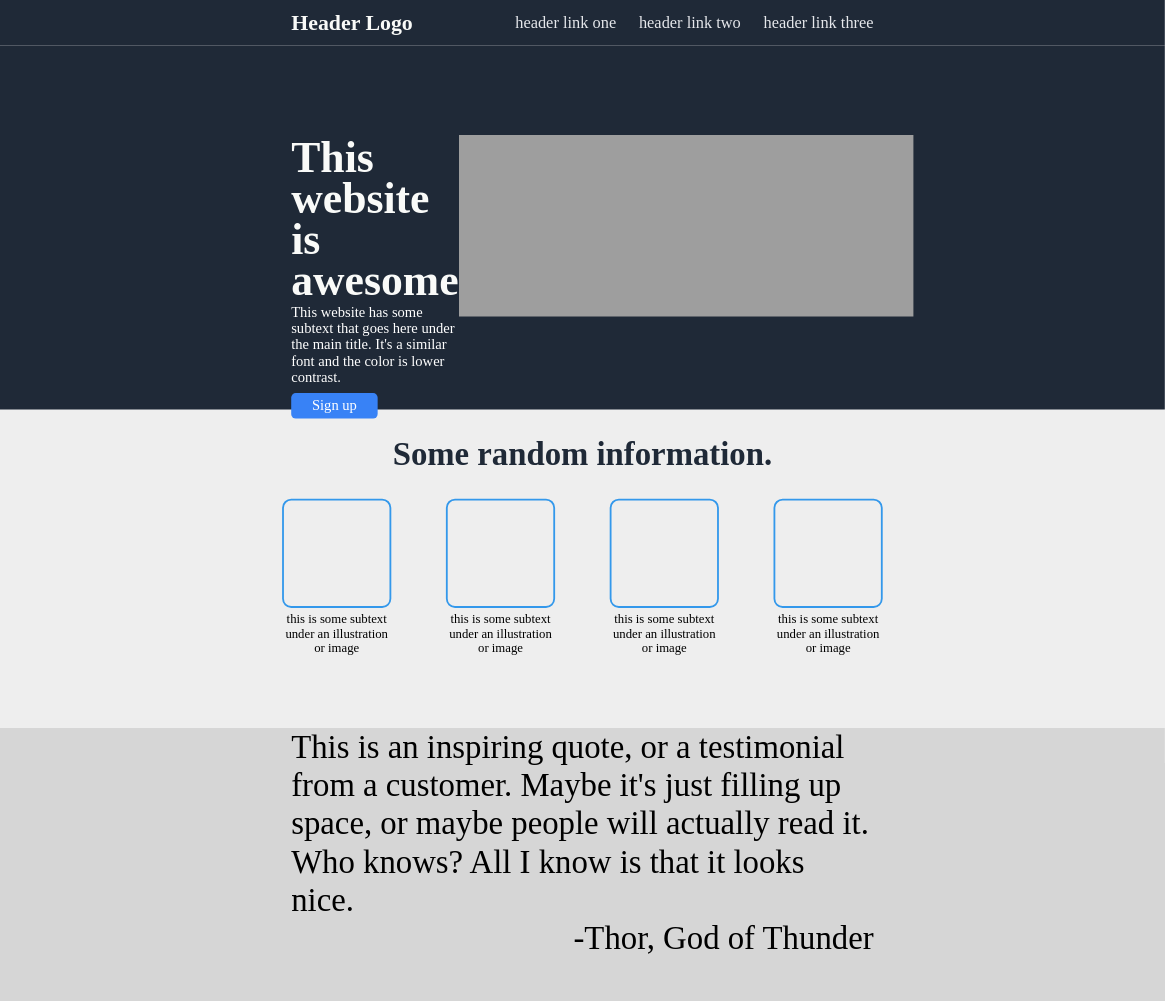
Repository: Pafestivo/Dummy-Landing-Page
Page: index.html
An editor plug-in stored every save of this project. The page is shown before and after the next save, followed by the edit.
The browser window is 1280 px wide. The pictures show the whole page, at 91% of full size.
Pictures or frames that could not be fetched are drawn as grey boxes.

Above is the page before, as saved 2022-09-26 19:18:29.

### index.html
<!DOCTYPE html>
<html lang="en">
<head>
    <meta charset="UTF-8">
    <meta name="viewport" content="width=device-width, initial-scale=1.0">
    <link rel="stylesheet" href="styles.css">
    <title>Landing Page</title>
</head>
<body>
    <header>
        <div class="container">
            <h1>Header Logo</h1>
            <nav>
                <a href="#">header link one</a>
                <a href="#">header link two</a>
                <a href="#">header link three</a>
            </nav>
        </div> <!-- /container-->
    </header>
    <main>
        <section class="first">
            <div class="container">

                <div class="right">
                    <h1>This website is awesome</h1>
                    <p>This website has some subtext that goes here under the main title. It's a similar font and the color is lower contrast.</p>
                    <a href="#">Sign up</a>
                </div> <!-- /right -->

                <div class="left">
                    <img src="images/office.jpg" alt="Office desk photo" />
                </div> <!-- /left -->

            </div> <!-- /container-->
        </section> <!-- /first -->

        <section class="second">
            <div class="container">

                <h1>Some random information.</h1>
                <div class="boxes">
                    <div class="info">
                        <div class="box"></div>
                        <div class="box-info">
                            <p>this is some subtext under an illustration or image</p>
                        </div> <!-- /box-info -->
                    </div> <!-- /info -->

                    <div class="info">
                        <div class="box"></div>
                        <div class="box-info">
                            <p>this is some subtext under an illustration or image</p>
                        </div> <!-- /box-info -->
                    </div> <!-- /info -->

                    <div class="info">
                        <div class="box"></div>
                        <div class="box-info">
                            <p>this is some subtext under an illustration or image</p>
                        </div> <!-- /box-info -->
                    </div> <!-- /info -->

                    <div class="info">
                        <div class="box"></div>
                        <div class="box-info">
                            <p>this is some subtext under an illustration or image</p>
                        </div> <!-- /box-info -->
                    </div> <!-- /info -->

                </div> <!-- /boxes-->
            </div> <!-- /container-->
        </section> <!-- /second -->

        <section class="third">
            <div class="container">
                <p>This is an inspiring quote, or a testimonial from a customer. Maybe it's just filling up space, or maybe people will actually read it. Who knows? All I know is that it looks nice.</p>
                <p class="quote-owner">-Thor, God of Thunder</p>
            </div> <!-- /container-->
        </section> <!-- /third -->

        <section class="fourth">
            <div class="container">

            </div> <!-- /container-->
        </section> <!-- /fourth -->

        <footer>

        </footer>
    </main>
</body>
</html>

### styles.css
* {
  padding: 0;
  margin: 0;
  box-sizing: border-box;
}

body {
  font-family: serif;
  background-color: #eee;
}

.container {
  width: 50vw;
  margin: 0 auto;
}

a {
  text-decoration: none;
  color: inherit;
}

/* header bar */
header {
  display: flex;
  align-items: center;
  background-color: #1F2937;
  color: #fff;
  height: 50px;
}

header h1 {
  font-size: 24px;
  color: #F9FAF8;
}

header .container {
  display: flex;
  justify-content: space-between;
}

header nav {
  display: flex;
  align-items: center;
  gap: 25px;
}

header a {
  font-size: 18px;
  color: #E5E7EB;
}
/* End header bar  */

/* First section  */
.first {
  background-color: #1F2937;
  height: 400px;
  color: #fff;
}

.first .container {
  display: flex;
  align-items: center;
  justify-content: space-between;
  height: 100%;
}

.right {
  display: flex;
  flex-direction: column;
  gap: 4px;
  height: 200px;
  width: 40%;
}

.right h1 {
  font-size: 48px;
  font-weight: extra-bold;
  color: #F9FAF8;
  line-height: 45px;
}

right p {
  font-size: 18px;
  color: #E5E7EB;
}

.first img {
  width: 500px;
  height: 200px;
}

.first a {
  background-color: #3882F6;
  width: 95px;
  padding: 5px;
  border-radius: 5px;
  margin-top: 4px;
  text-align: center;

}
/* End first section  */

/* Second section */
.second {
  height: 350px;
}

.second h1 {
  text-align: center;
  font-size: 36px;
  font-weight: extra-bold;
  color: #1F2937;
  padding: 28px 0 28px 0;
}

.boxes {
  display: flex;
  justify-content: center;
  gap: 60px;
}

.box {
  width: 120px;
  height: 120px;
  border: 2px solid hsl(207, 82%, 56%);
  border-radius: 10px;
}

.box-info {
  margin-top: 5px;
  width: 120px;
  font-size: 14px;
  text-align: center;
}
/* End second section  */

/* Third section  */
.third {
  background-color: #d6d6d6;
  height: 300px;
}

.third .container {
  display: flex;
  flex-direction: column;
}

.third p {
  font-size: 36px;
  font-style: light italic;
}

.third .quote-owner {
  align-self: flex-end;
}
/* End third section  */

After the next save:
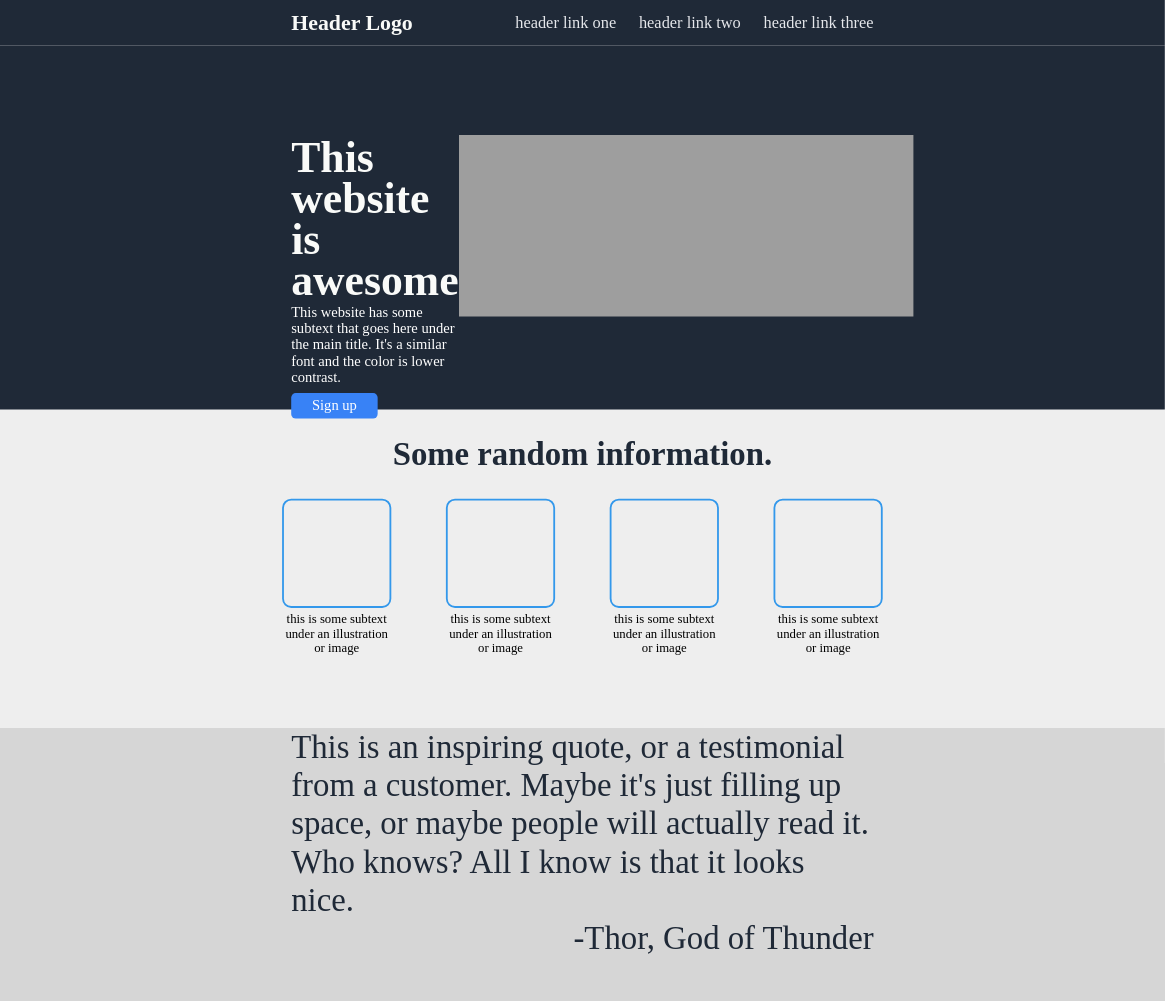
Saved 10 s later.
--- a/styles.css
+++ b/styles.css
@@ -148,6 +148,7 @@ right p {
 .third p {
   font-size: 36px;
   font-style: light italic;
+  color: #1F2937;
 }
 
 .third .quote-owner {
